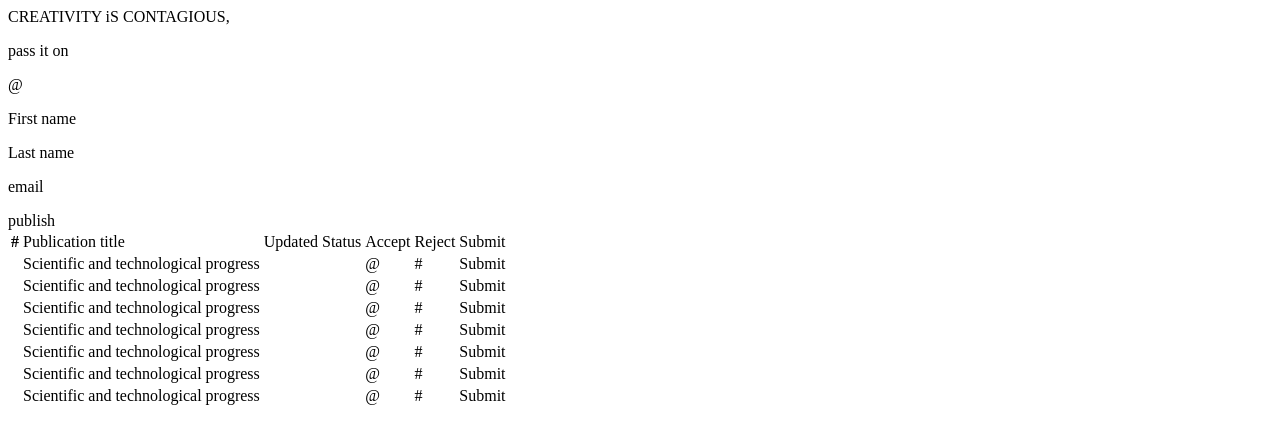
Repository: ceo-of-albeni/articles
Page: /
An editor plug-in stored every save of this project. The page is shown before and after the next save, followed by the edit.
The browser window is 1280 px wide. The pictures show the whole page.
The project was rebuilt for these pictures with package versions that can differ from the ones it lists, and the page was loaded fresh each time.

Above is the page before, as saved 2023-05-09 18:17:31.

After the next save:
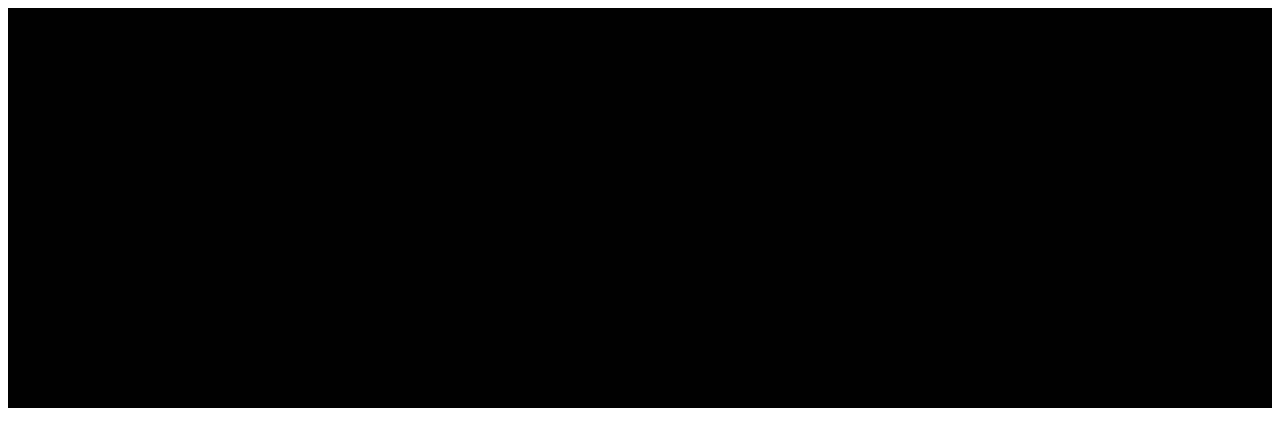
Saved 2 s later.
--- a/src/reviewer's profil/reviewer.css
+++ b/src/reviewer's profil/reviewer.css
@@ -1,3 +1,6 @@
+.reviewer_section {
+  background-color: #000;
+}
 .reviewer_section .reviewer-thema {
   font-family: Esteban;
   font-size: 40px;
@@ -17,4 +20,4 @@
   line-height: 23px;
   letter-spacing: 0em;
   text-align: center;
-}/*# sourceMappingURL=reviewer_20230509181644.css.map */
+}/*# sourceMappingURL=reviewer_20230509181733.css.map */
